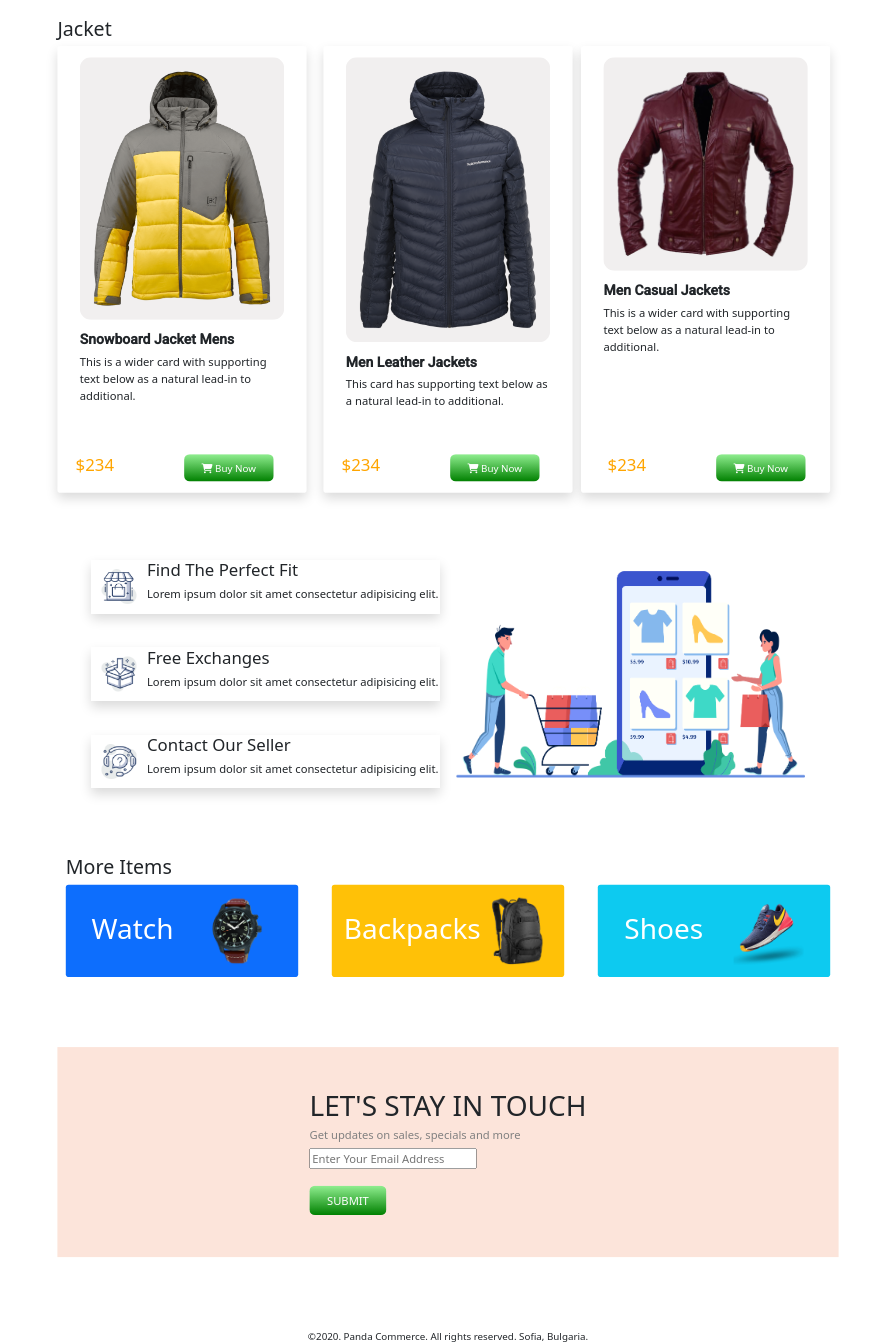
Repository: omarhasnain/assignment-two
Page: index.html
These files come from the project's save history. The page is drawn as it stood at one moment and after the next save; the edit follows.
The browser window is 1280 px wide. The pictures show the part of the page from y = 1597 to 3517 px (the page is 3517 px tall), at 70% of full size.
Some web libraries are served in a nearby version.

Above is the page before, as saved 2021-01-15 18:31:00.

### index.html
<!DOCTYPE html>
<html lang="en">

<head>
    <meta charset="UTF-8">
    <meta name="viewport" content="width=device-width, initial-scale=1.0">
    <title>Panda Commerce</title>
    <link href="https://cdn.jsdelivr.net/npm/bootstrap@5.0.0-beta1/dist/css/bootstrap.min.css" rel="stylesheet"
        integrity="sha384-giJF6kkoqNQ00vy+HMDP7azOuL0xtbfIcaT9wjKHr8RbDVddVHyTfAAsrekwKmP1" crossorigin="anonymous">
    <link rel="preconnect" href="https://fonts.gstatic.com">
    <link href="https://fonts.googleapis.com/css2?family=Roboto:wght@500&display=swap" rel="stylesheet">
    <link rel="stylesheet" href="style.css">
</head>

<body>
    <header class="container">
        <nav class="navbar navbar-expand-lg navbar-light ">
            <div class="container-fluid">
                <a class="navbar-brand" href="#"><img src="icon/Group 33072.png" alt=""></a>
                <button class="navbar-toggler" type="button" data-bs-toggle="collapse"
                    data-bs-target="#navbarNavAltMarkup" aria-controls="navbarNavAltMarkup" aria-expanded="false"
                    aria-label="Toggle navigation">
                    <span class="navbar-toggler-icon"></span>
                </button>
                <div class="collapse navbar-collapse" id="navbarNavAltMarkup">
                    <div class="navbar-nav navigation">
                        <a class="nav-link active" aria-current="page" href="#">Home</a>
                        <a class="nav-link" href="#shoes">Product</a>
                        <a class="nav-link" href="#backpack">About Us</a>
                        <a class="nav-link" href="#subscribe" tabindex="-1">Contact Us</a>
                    </div>
                </div>
            </div>
        </nav>

        <section>
            <div class="row d-flex align-items-center p-5">
                            <div class="col-md-6">
                                <h1 class="starter"><span class="highlight"> BE THE PENGUINS </span></h1>
                                <h1 class="starter">OF WINTER</h1>
                                <p>Lorem ipsum dolor sit amet consectetur adipisicing elit.<br>
                                    Aliquam soluta minus sequi.</p>
                                <script src="https://kit.fontawesome.com/07933890e6.js"
                                    crossorigin="anonymous"></script>

                                <button class="buy-now-button">
                                    <i class="fas fa-shopping-cart"></i> Buy Now </button>
                            </div>
                            <div class="col-md-6">
                                <img src="image/green.png" class="d-block w-100 " alt="...">
                            </div>
                        </div>
        </section>


    </header>
    <main class="container">

        <section class="mt-5" id="product">
            <h3 class="starter">WOMENJACKET</h3>
            <div class="row  row-cols-1  row-cols-md-3 gx-4">
                <div class="col">
                    <div  class="card shadow panda-card h-100 p-3 mb-5 bg-white rounded justify-content-center ">
                        <img src="image/apa.png" class="card-img-top rounded float-start" alt="...">
                        <div class="card-body">
                            <h5 class="card-title starter">Yellow Coat Jacket</h5>
                            <p class="card-text">This is a longer card with supporting text below as a natural lead-in to
                                additional content. This content is a little bit longer.</p>
                        </div>
                        <div class="d-flex align-items-center packet">
                            <h4 class="card-foot"><span class="highlight">$234</span></h4>
                            <small> <button class="text-white buy-now-button card-button">
                                    <i class="fas fa-shopping-cart"></i> Buy Now </button></small>
                        </div>
                    </div>
                </div>
                <div class="col">
                    <div
                    class="card  h-100 p-3 mb-5 bg-white rounded panda-card shadow  justify-content-center ">
                        <img src="image/laltu.png" class="card-img-top rounded float-end" alt="...">
                        <div class="card-body">
                            <h5 class="card-title  starter">Ladies Jacket</h5>
                            <p class="card-text">This is a longer card with supporting text below as a natural lead-in to additional content. This content is a little bit longer.</p><br> <br><br><br>
                            <div class="d-flex align-items-center ">
                                <h4 class="card-foot"><span class="highlight">$234</span></h4>
                                <small> <button class="text-white buy-now-button card-button">
                                        <i class="fas fa-shopping-cart"></i> Buy Now </button></small>
                            </div>
                        </div>
                    </div>
                </div>
                <div class="col">
                    <div class="card shadow panda-card h-100 p-3 mb-5 bg-white justify-content-center ">
                        <img src="image/lady.png" class="card-img-top" alt="...">
                        <div class="card-body">
                            <h5 class="card-title  starter">Women Leather Jacket</h5>
                            <p class="card-text">This is a longer card with supporting text
                                This is a longer card with supporting text below as a natural lead-in to additional content. This content is a little bit longer. </p><br><br><br><br><br><br>
                            <div class="d-flex align-items-center  ">
                                <h4 class="card-foot"><span class="highlight">$234</span></h4>
                                <small> <button class="text-white buy-now-button card-button">
                                        <i class="fas fa-shopping-cart"></i> Buy Now </button></small>
                            </div>
                        </div>
                    </div>
                </div>

        </section>

        <section class="mt-5" id="backpack">
            <h3>Jacket</h3>
            <div class="row row-cols-1  row-cols-md-3 g-4">
                <div class="col">
                    <div class="card panda-card h-100 shadow p-3 mb-5 bg-white rounded">
                        <img src="image/jacket.png" class="card-img-top" alt="...">
                        <div class="card-body ">
                            <h5 class="card-title starter">Snowboard Jacket Mens</h5>

                            <p class="card-text">This is a wider card with supporting text below as a natural lead-in to
                                additional.
                            </p>
                        </div>
                        <div class="d-flex align-items-center ">
                            <h4 class="card-foot"><span class="highlight">$234</span></h4>
                            <small> <button class="text-white buy-now-button card-button">
                                    <i class="fas fa-shopping-cart"></i> Buy Now </button></small>
                        </div>


                    </div>
                </div>
                <div class="col">
                    <div class="card panda-card h-100 shadow p-3 mb-5 bg-white rounded">
                        <img src="image/top.png" class="card-img-top" alt="...">
                        <div class="card-body">
                            <h5 class="card-title starter">Men Leather Jackets</h5>

                            <p class="card-text">This card has supporting text below as a natural lead-in to additional.
                            </p>

                        </div>
                        <div class="d-flex align-items-center ">
                            <h4 class="card-foot"><span class="highlight">$234</span></h4>
                            <small> <button class="text-white buy-now-button card-button">
                                    <i class="fas fa-shopping-cart"></i> Buy Now </button></small>
                        </div>
                    </div>
                </div>
                <div class="col">
                    <div class="row align-items-center card panda-card h-100 shadow p-3 mb-5 bg-white rounded">
                        <img src="image/vip.png" class="card-img-top" alt="...">
                        <div class="card-body">
                            <h5 class="card-title starter">Men Casual Jackets</h5>

                            <p class="card-text">This is a wider card with supporting text below as a natural lead-in to
                                additional.</p>

                        </div>
                        <div class="d-flex align-items-center ">
                            <h4 class="card-foot"><span class="highlight">$234</span></h4>
                            <small> <button class="text-white buy-now-button card-button">
                                    <i class="fas fa-shopping-cart"></i> Buy Now </button></small>
                        </div>
                    </div>
                </div>
            </div>


        </section>
        <section>
            <div class="row d-flex align-items-center p-5">
                            <div class="col-md-6">

                                <div class="shadow d-flex align-items-center mt-5">
                                    <img class="special" style="height: 50px; width: 50px;" src="icon/image 12.png" alt="">
                                    <div class="special">
                                    <h4>Find The Perfect Fit</h4>
                                    <p>Lorem ipsum dolor sit amet consectetur adipisicing elit.
                                    </p>
                                </div>
                                </div>
                                <div class="shadow  d-flex align-items-center mt-5">
                                    <img class="special" style="height: 50px; width: 50px;" src="icon/image 13.png" alt="">
                                    <div class="special">
                                    <h4>Free Exchanges</h4>
                                    <p>Lorem ipsum dolor sit amet consectetur adipisicing elit.
                                    </p>
                                </div>

                                </div>
                                <div class="shadow  d-flex align-items-center mt-5">
                                    <img class="special" style="height: 50px; width: 50px;" src="icon/image 14.png" alt="">
                                    <div class="special">
                                    <h4>Contact Our Seller</h4>
                                    <p>Lorem ipsum dolor sit amet consectetur adipisicing elit.
                                    </p>
                                </div>
                                </div>
                            </div>

                            <div class="col-md-6 ">
                                <img src="icon/XMLID 1.png" class="d-block w-100 mt-5" alt="...">
                            </div>
                        </div>
        </section>


        <section class="container categories overflow-hidden mt-5">
            <h3>More Items</h3>
            <div class="row g-5 ">
                <div class="col">
                    <div class="p-3 rounded bg-primary d-flex align-items-center justify-content-around ">
                        <h1 class="text-white">Watch</h1>
                        <img src="categories/watch.png" class="rounded-pill" alt="...">
                    </div>
                </div>
                <div class="col">
                    <div class="p-3 rounded bg-warning d-flex align-items-center justify-content-around">
                        <h1 class="text-white">Backpacks</h1>
                        <img src="categories/bag.png" alt="">
                    </div>
                </div>
                <div class="col">
                    <div class="p-3 rounded bg-info d-flex align-items-center justify-content-around">
                        <h1 class="text-white">Shoes</h1>
                        <img src="categories/shoes.png" alt="">
                    </div>
                </div>

            </div>
        </section>
        <section style="height: 300px; background-color: rgb(252, 228, 218);"
        class="mt-5 d-flex  align-items-center justify-content-center ">
        <div id="subscribe">
            <h1>LET'S STAY IN TOUCH</h1>
            <h6 class="updates">Get updates on sales, specials and more</h6>
            <input type="text" placeholder="Enter Your Email Address">
            <div><br>
                <button class="buy-now-button radius ">SUBMIT</button>
            </div>

    </section>









    </main>
    <footer class="text-center mt-5">
        <small>©2020. Panda Commerce. All rights reserved. Sofia, Bulgaria.</small>
    </footer>














    <script src="https://cdn.jsdelivr.net/npm/bootstrap@5.0.0-beta1/dist/js/bootstrap.bundle.min.js"
        integrity="sha384-ygbV9kiqUc6oa4msXn9868pTtWMgiQaeYH7/t7LECLbyPA2x65Kgf80OJFdroafW"
        crossorigin="anonymous"></script>
</body>

</html>

### style.css

header{
    background-color: antiquewhite;
}
.container-fluid img{
    width: 50%;
    margin-left: 40px;
}
.navigation{
    margin-left: 40%;
}
.highlight{
    color:orange;

}
.starter{
    font-family: 'Roboto', sans-serif;
    font-weight: 900;
}
.panda-card {
    max-width: 100%;
    max-height: 100%;
    border:0;
    resize: both;




}
.panda-card img{
    display: block;
    width: 90%;
    margin-left: auto;
    margin-right: auto;

}

.categories img{
    width: 100px;


}

.buy-now-button{
    background-image: linear-gradient(to bottom, lightgreen 0%, green 100%);
    color: #fff;
    border: none;
    border-radius: 8px;
    padding: 9px 25px;
    cursor: pointer;
}
.card-img-top{
    background-color: rgb(241, 239, 239);
    border-radius: 1em;
    padding: 20px 20px;
}

.card-foot{
    margin-left: 10px;
}
.card-button{
    margin-left: 100px;
}
.updates{
    color: gray;
}
.container{
    margin-bottom: 100px;
}
.packet{
    margin-bottom: 1.9cm;
}
.special{
    margin-left: 15px;
    border: 0;
}

After the next save:
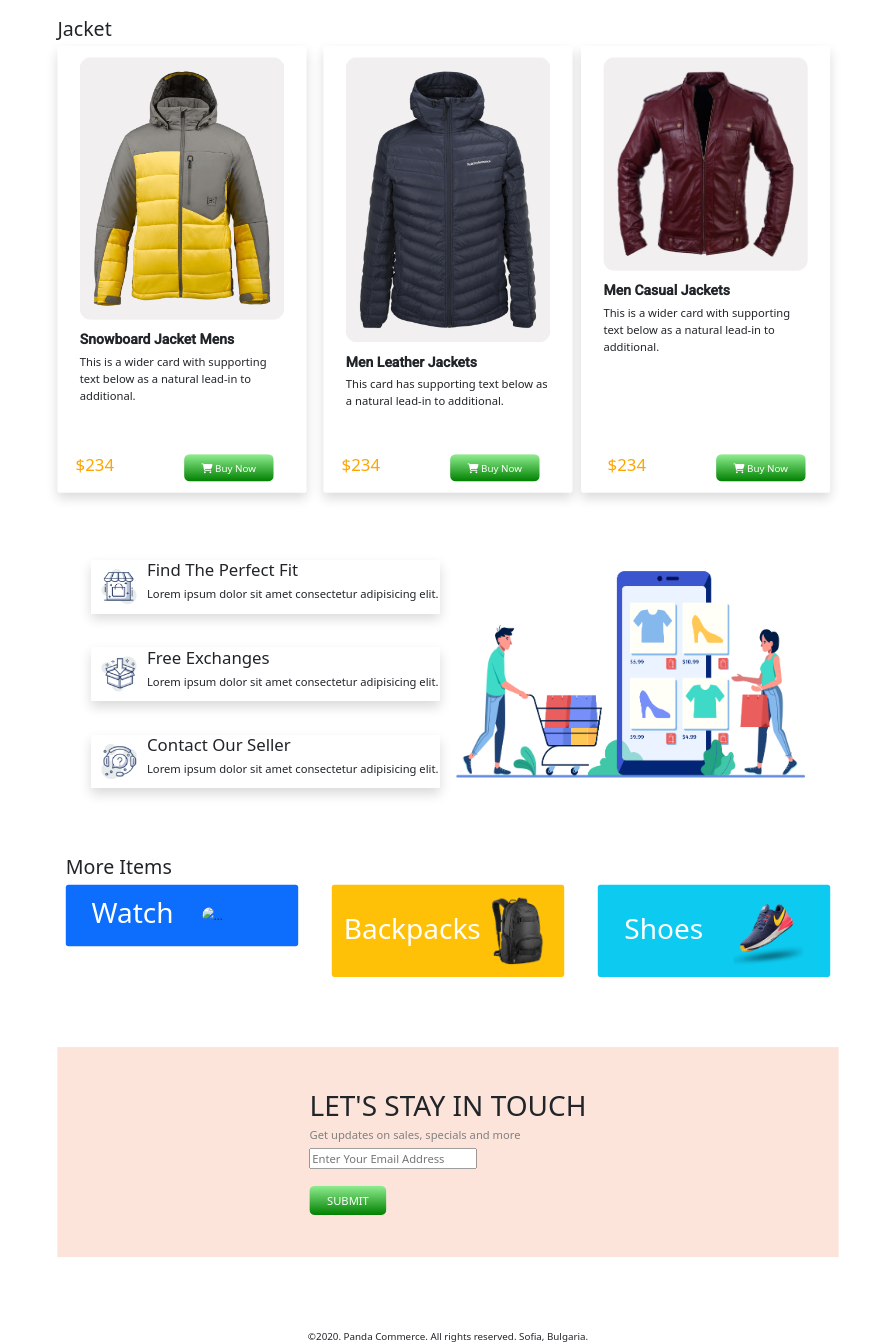
Saved 78 s later.
--- a/index.html
+++ b/index.html
@@ -211,7 +211,7 @@
                 <div class="col">
                     <div class="p-3 rounded bg-primary d-flex align-items-center justify-content-around ">
                         <h1 class="text-white">Watch</h1>
-                        <img src="categories/watch.png" class="rounded-pill" alt="...">
+                        <img src="" class="rounded-pill" alt="...">
                     </div>
                 </div>
                 <div class="col">

After the save that followed:
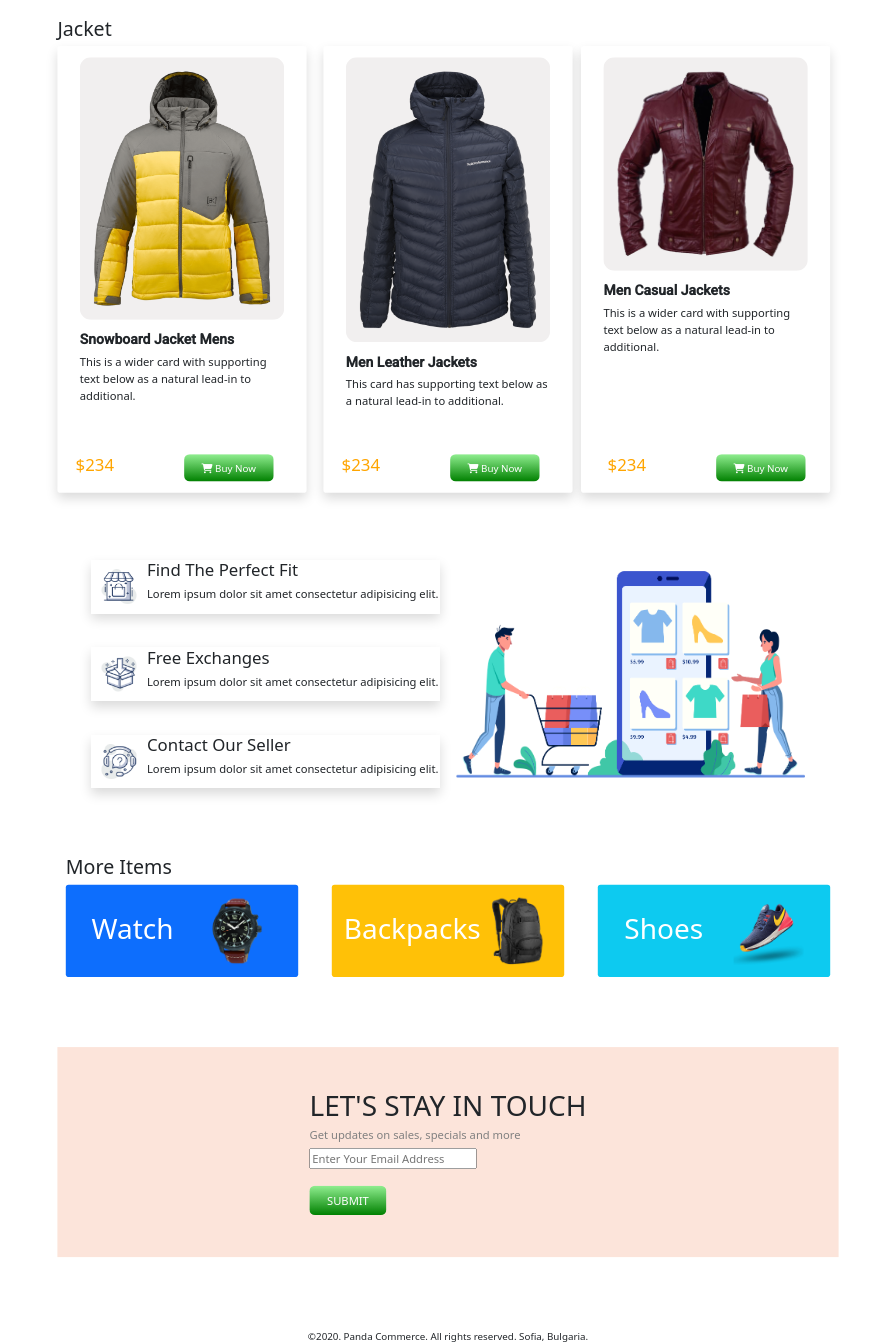
Saved 36 s later.
--- a/index.html
+++ b/index.html
@@ -211,7 +211,7 @@
                 <div class="col">
                     <div class="p-3 rounded bg-primary d-flex align-items-center justify-content-around ">
                         <h1 class="text-white">Watch</h1>
-                        <img src="" class="rounded-pill" alt="...">
+                        <img src="categories/watch.png" class="rounded-pill" alt="...">
                     </div>
                 </div>
                 <div class="col">
